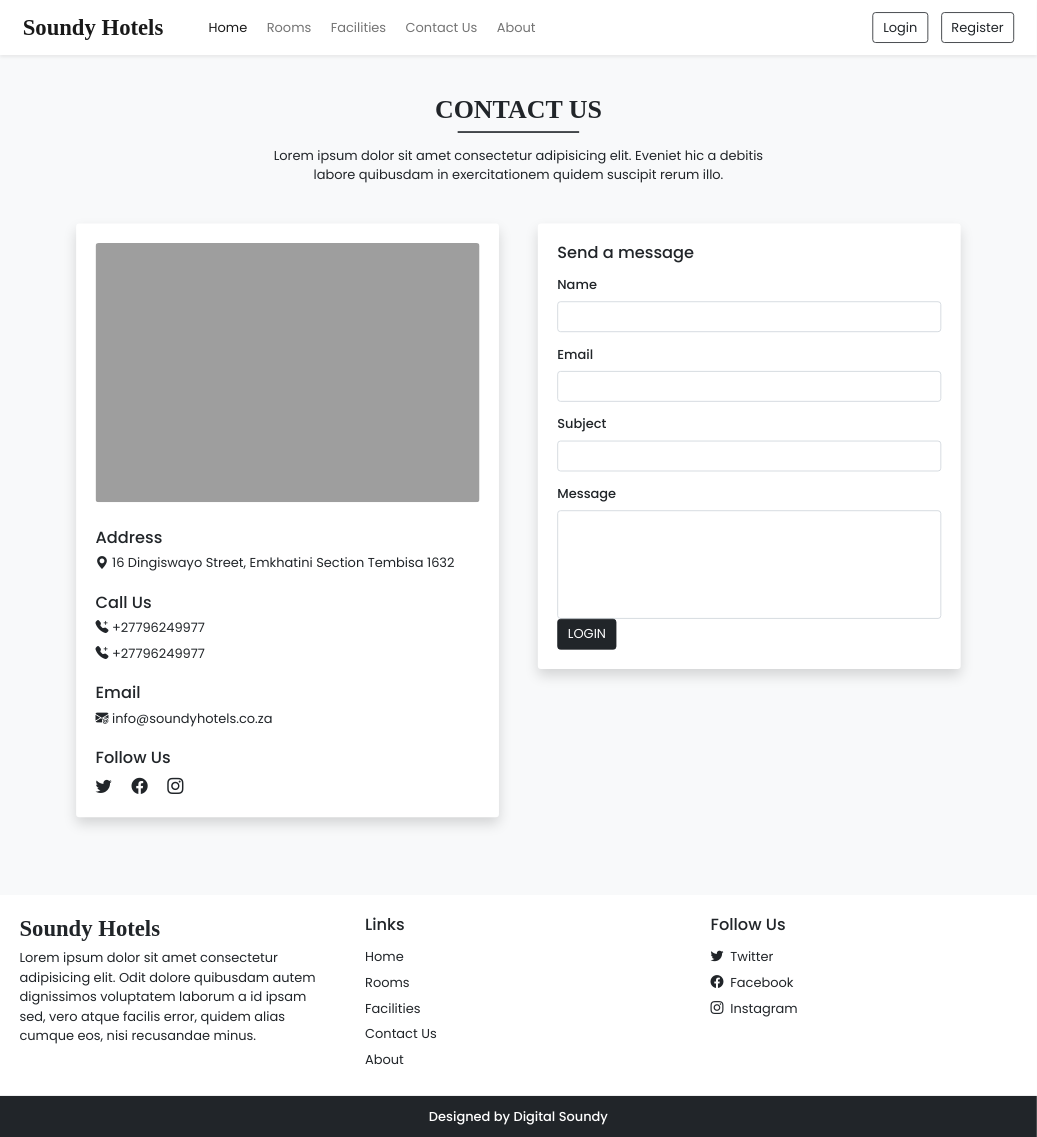
Repository: spencersoundy/Hotel-Booking-App
Page: http://localhost/contact.php
An editor plug-in stored every save of this project. The page is shown before and after the next save, followed by the edit.
The browser window is 1280 px wide. The pictures show the whole page, at 81% of full size.
Pictures or frames that could not be fetched are drawn as grey boxes. Some web fonts or font styles are not loaded; a fallback is used. The page is run by PHP 8.4 with error messages shown; the project is at /var/www/html/.

Above is the page before, as saved 2023-08-05 00:05:29.

After the next save:
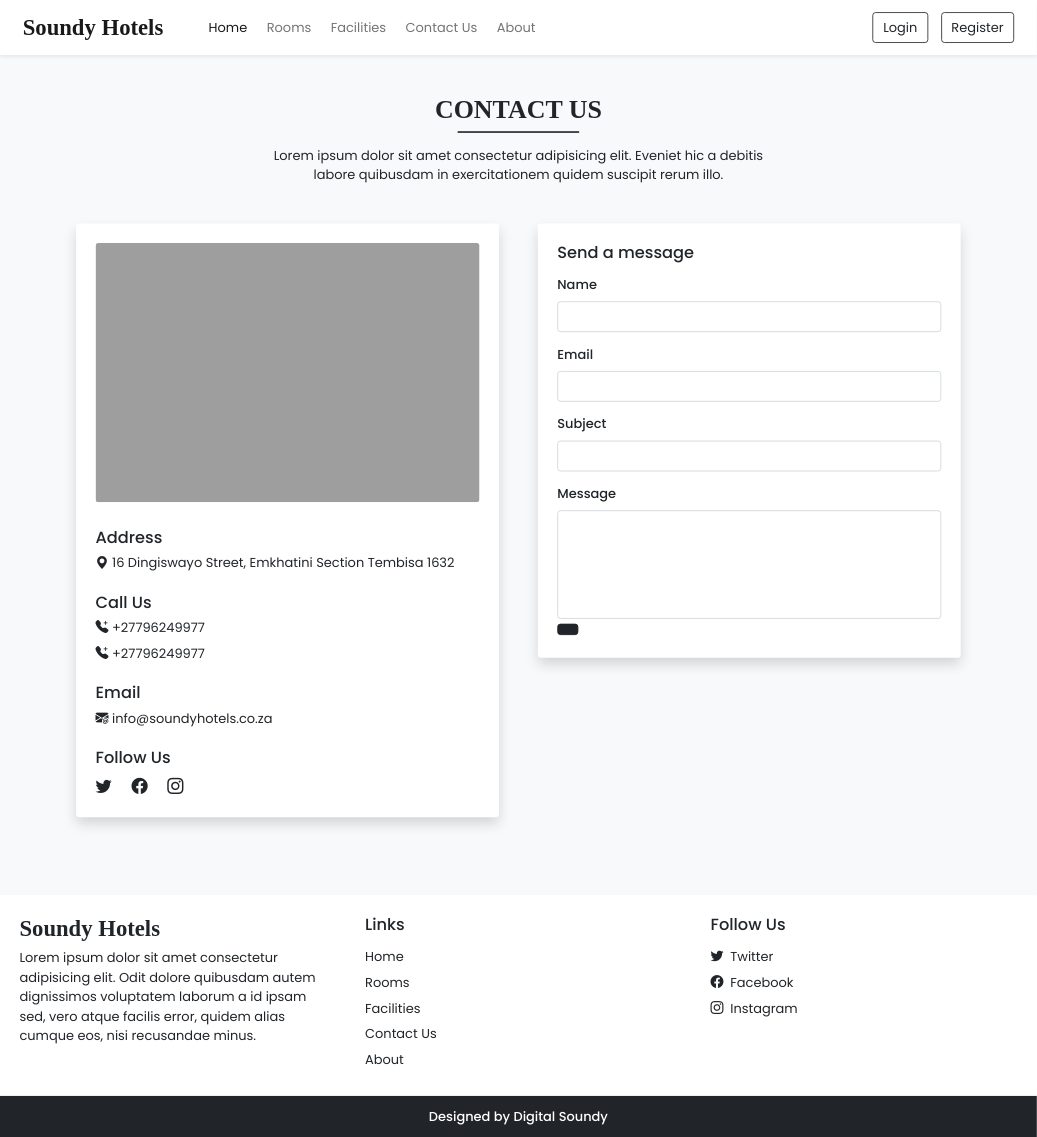
Saved 9 s later.
--- a/contact.php
+++ b/contact.php
@@ -78,7 +78,7 @@
                         <label class="form-label"style="font-weight: 500;">Message</label>
                         <textarea class="form-control shadow-none" rows="5" style="resize: none;"></textarea>
                     </div>
-                    <button type="submit" class="btn btn-dark shadow-none">LOGIN</button>
+                    <button type="submit" class="btn btn-dark shadow-none"></button>
                 </form>
             </div>
         </div>
